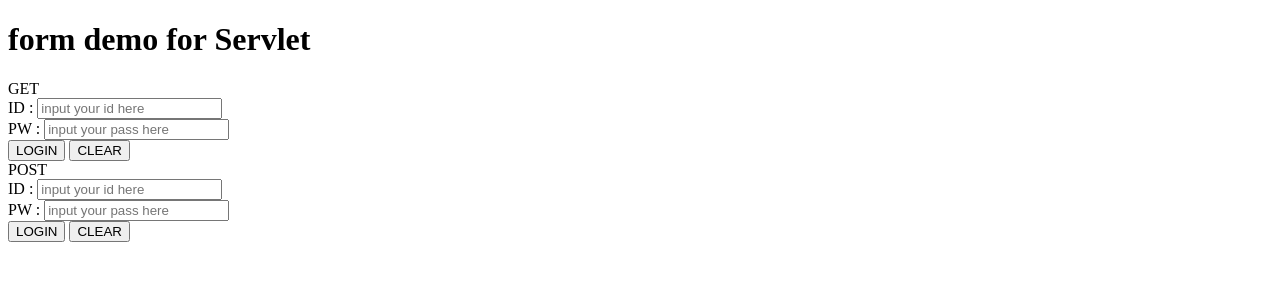
Repository: nguyentruong2303/projectJave
Page: webShop/WebContent/loginForm.html
An editor plug-in stored every save of this project. The page is shown before and after the next save, followed by the edit.
The browser window is 1280 px wide. The pictures show the whole page.

Above is the page before, as saved 2020-08-11 02:02:47.

After the next save:
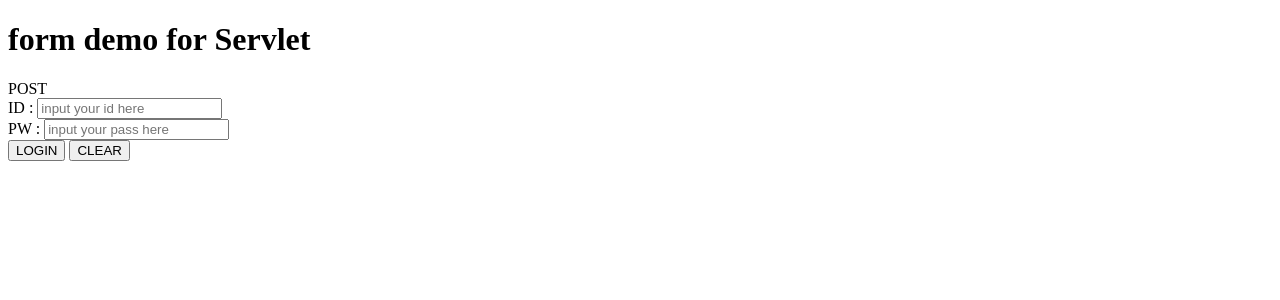
Saved 17 s later.
--- a/webShop/WebContent/loginForm.html
+++ b/webShop/WebContent/loginForm.html
@@ -7,16 +7,7 @@
 <body>
 	<h1>form demo for Servlet</h1>
 
-<div> GET <br/>
-	<form method="get"action="login1">
-		ID : <input type="text" name="uname" placeholder="input your id here">
-		<br/>
-		PW : <input type="password" name="upass" placeholder="input your pass here">
-		<br/>
-		<input type="submit" value="LOGIN">
-		<input type="reset" value="CLEAR">
-	</form>
-</div>
+
 
 <div> POST <br/>
 	<form method="post"action="login2">
